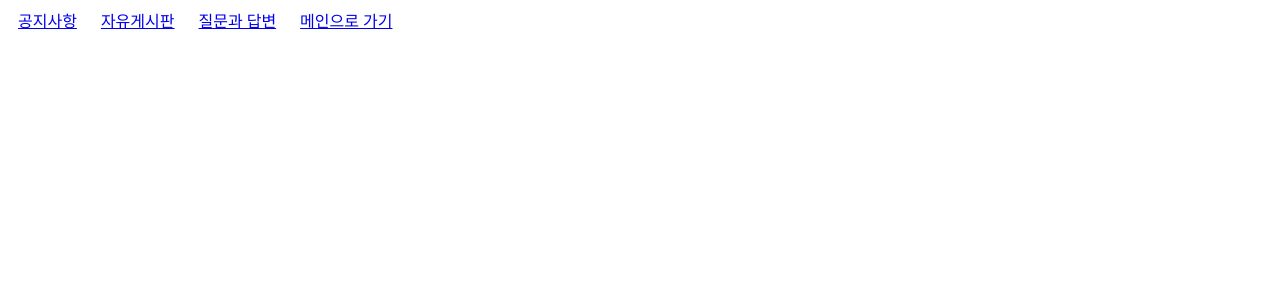
Repository: shingiyeon/jsp
Page: http://localhost/Article_DB_project/jsp/QnA.jsp
An editor plug-in stored every save of this project. The page is shown before and after the next save, followed by the edit.
The browser window is 1280 px wide. The pictures show the whole page.
The page is served by Tomcat 9.

Above is the page before, as saved 2019-05-25 06:48:14.

After the next save:
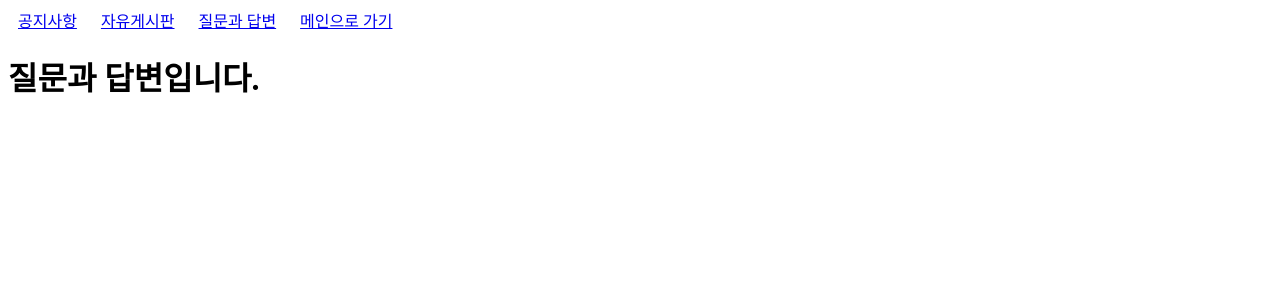
Saved 11 s later.
--- a/workspace/Article_DB_project/WebContent/jsp/QnA.jsp
+++ b/workspace/Article_DB_project/WebContent/jsp/QnA.jsp
@@ -8,5 +8,6 @@
 </head>
 <body>
 	<%@ include file="./map.jsp"%>
+	<h1>질문과 답변입니다.</h1>
 </body>
 </html>
